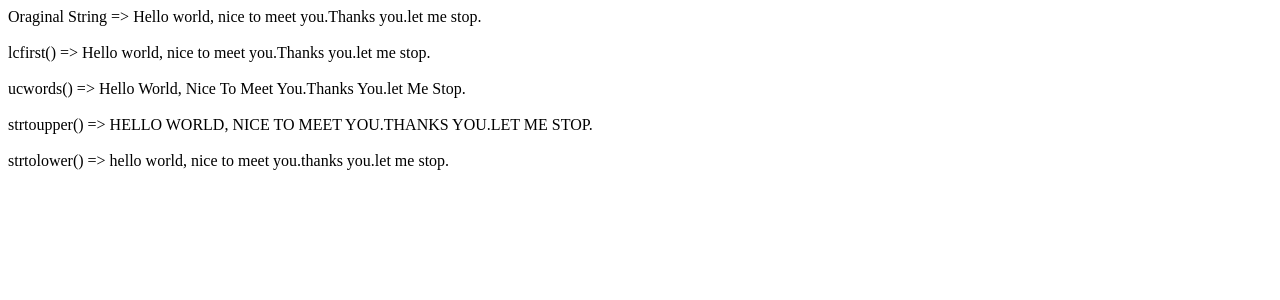
Repository: zinminkhantoo/assignment01
Page: http://localhost/String/printf_fprintf.php
These files come from the project's save history. The page is drawn as it stood at one moment and after the next save; the edit follows.
The browser window is 1280 px wide. The pictures show the whole page.
The page is run by PHP 8.4 with error messages shown; the project is at /var/www/html/.

Above is the page before, as saved 2020-04-12 09:45:26.

After the next save:
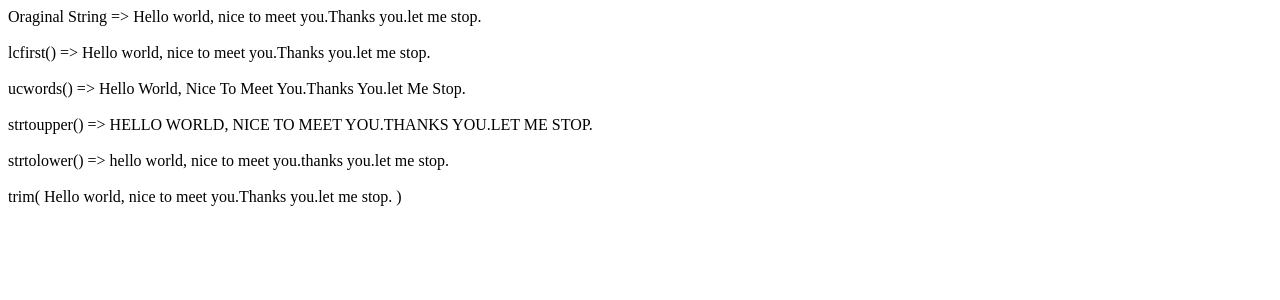
Saved 10 min 20 s later.
--- a/Test/String/printf_fprintf.php
+++ b/Test/String/printf_fprintf.php
@@ -1,8 +1,9 @@
 <?php
-    $test = " Hello world, nice to meet you.Thanks you.let me stop.";
+    $test = " Hello world, nice to meet you.Thanks you.let me stop. ";
     echo "Oraginal String => $test</br></br>";
     echo "lcfirst() => ".lcfirst($test)."</br></br>";
     echo "ucwords() => " .ucwords($test)."</br></br>";
     echo "strtoupper() => ".strtoupper($test)."</br></br>";
     echo "strtolower() => ".strtolower($test)."</br></br>";
+    echo "trim($test)";
 ?>
